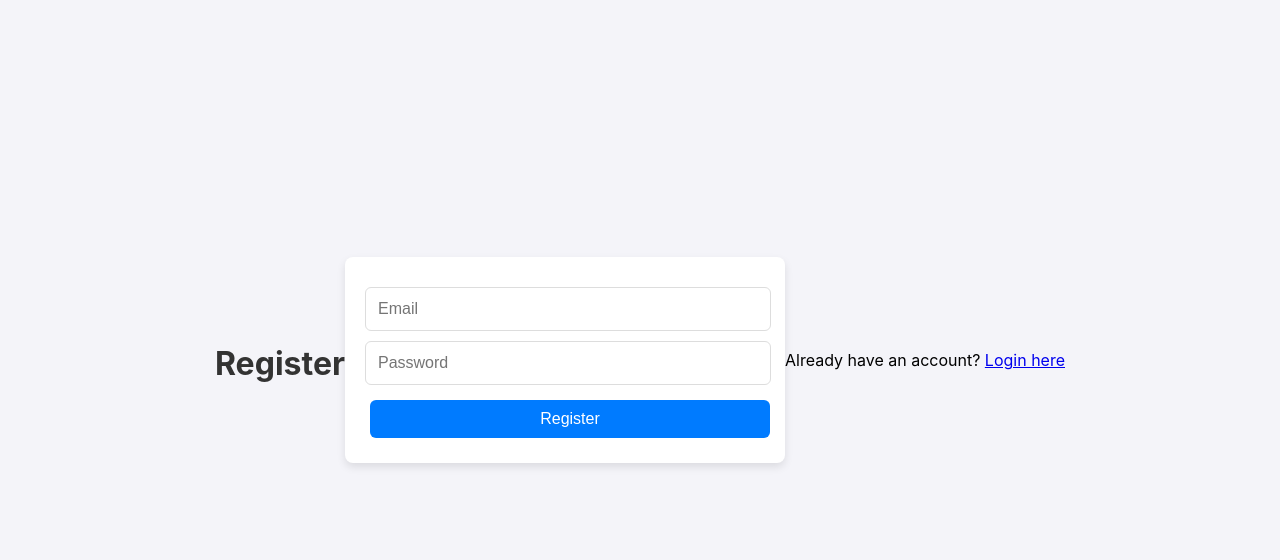
Repository: ChristhurasaRoshan/Expense-Tracker
Page: /register
These files come from the project's save history. The page is drawn as it stood at one moment and after the next save; the edit follows.
The browser window is 1280 px wide. The pictures show the whole page.
The project was rebuilt for these pictures with package versions that can differ from the ones it lists, and the page was loaded fresh each time. Also part of the build but not shown: src/Styles/Sidebar.css, src/Components/Sidebar.jsx, src/Styles/Header.css, src/Components/Header.jsx, src/Styles/Card.css, src/Components/Card.jsx, src/Components/TransactionList.jsx, src/Styles/ExpenseChart.css and 9 more.

Above is the page before, as saved 2024-08-22 12:38:44.

After the next save:
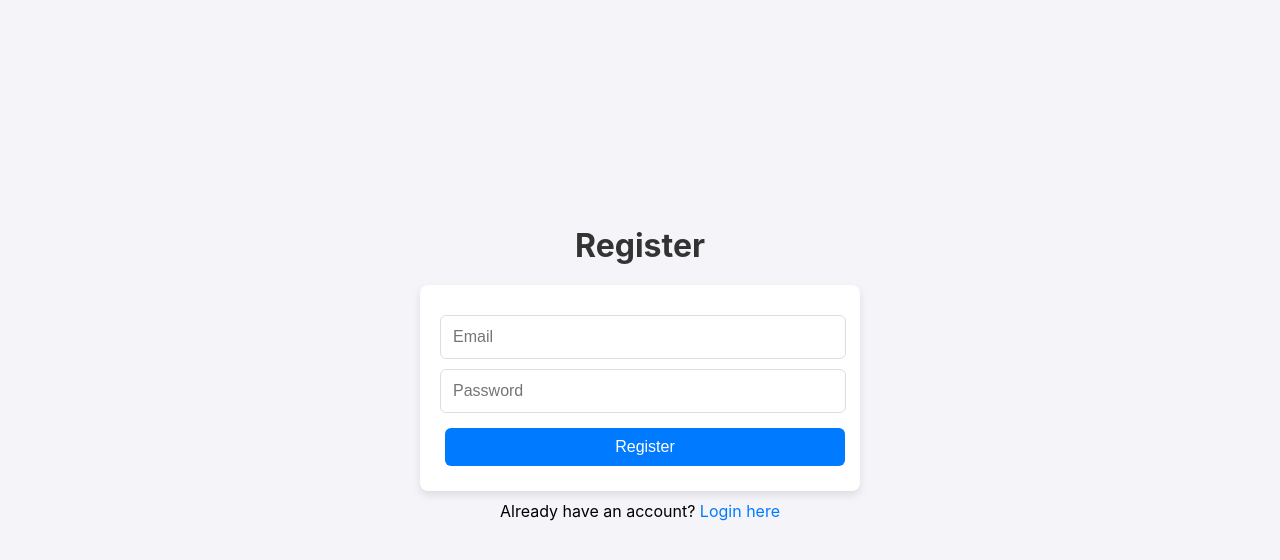
Saved 56 s later.
--- a/src/Styles/RegisterPage.css
+++ b/src/Styles/RegisterPage.css
@@ -1,8 +1,9 @@
 /* src/styles/RegisterPage.css */
 .register-page {
     display: flex;
+    flex-direction: column;
+    align-items: center;
     justify-content: center;
-    align-items: center;
     height: 100vh;
     background-color: #f4f4f9;
   }
@@ -53,3 +54,20 @@
   .register-page button:hover {
     background-color: #0056b3;
   }
+
+  .redirect-link {
+    margin-top: 10px;
+  }
+
+  .redirect-link p {
+    margin: 0;
+  }
+
+  .redirect-link a {
+    color: #007BFF;
+    text-decoration: none;
+  }
+
+  .redirect-link a:hover {
+    text-decoration: underline;
+  }
